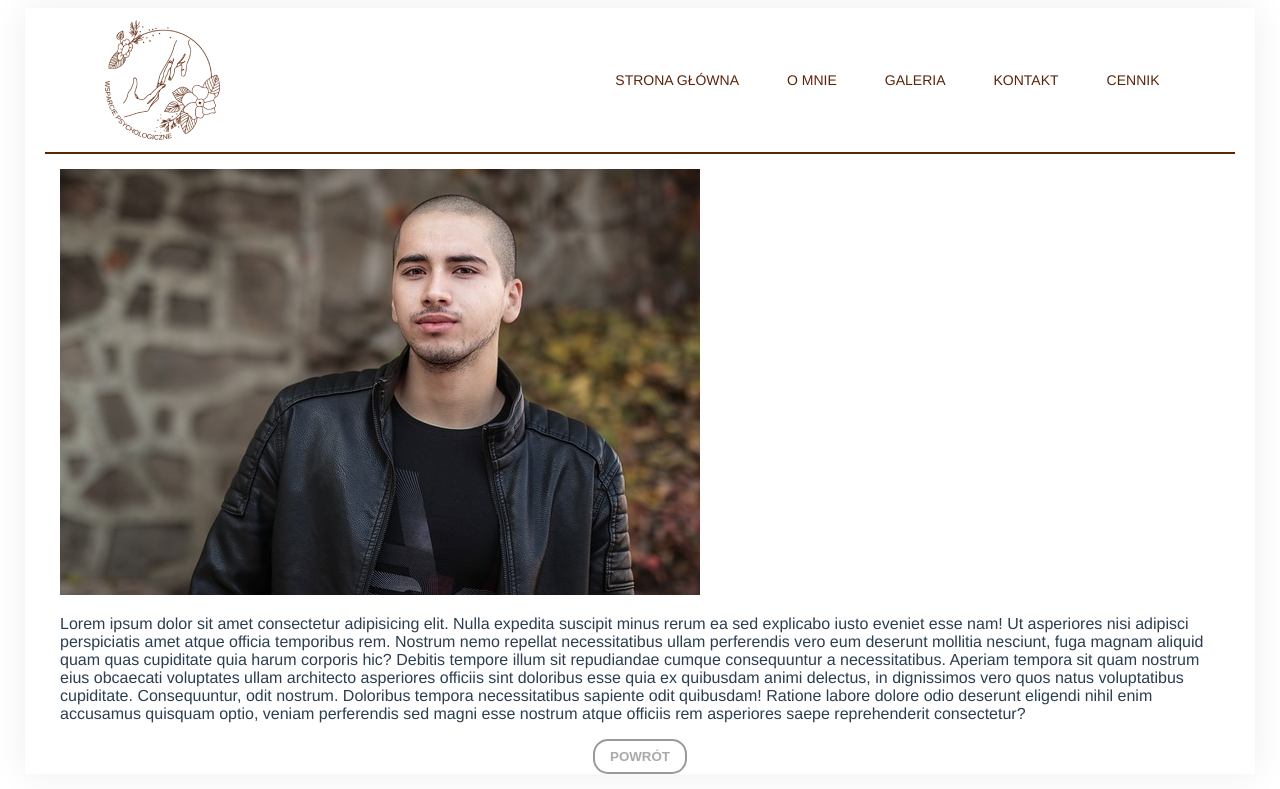
Repository: Kondzioor/szczepan-page
Page: /about
The author's editor kept a copy of each file at every save. The page is drawn from the files as they stood at one save, then again after the next save.
The browser window is 1280 px wide. The pictures show the whole page.
Some web libraries are served in a nearby version. The project was rebuilt for these pictures with package versions that can differ from the ones it lists, and the page was loaded fresh each time. Also part of the build but not shown: src/views/Home.vue.

Above is the page before, as saved 2022-04-12 14:35:50.

### public/index.html
<!DOCTYPE html>
<html lang="">
  <head>
    <meta charset="utf-8">
    <meta http-equiv="X-UA-Compatible" content="IE=edge">
    <meta name="viewport" content="width=device-width,initial-scale=1.0">
    <link rel="icon" href="<%= BASE_URL %>favicon.ico">
    <title><%= htmlWebpackPlugin.options.title %></title>
    <script src="https://kit.fontawesome.com/c0ecb9f799.js" crossorigin="anonymous"></script>
  </head>
  <body>
    <noscript>
      <strong>We're sorry but <%= htmlWebpackPlugin.options.title %> doesn't work properly without JavaScript enabled. Please enable it to continue.</strong>
    </noscript>
    <div id="app"></div>
    <!-- built files will be auto injected -->
  </body>
</html>

### src/App.vue
<template>
 <div class="app">
   <Navbar />
   <router-view></router-view>
 </div>
</template>
<script>
import Navbar from './components/Navbar.vue'
export default {
  components:{
    Navbar,
  }
}
</script>

<style lang="scss">
.app {
  font-family: Avenir, Helvetica, Arial, sans-serif;
  -webkit-font-smoothing: antialiased;
  -moz-osx-font-smoothing: grayscale;
  color: #2c3e50;
  width: 100%;
  box-sizing: border-box;
  max-width:  1230px;
  min-height: 100vh;
  margin: 0 auto;
  padding: 0 20px;
  box-shadow: 0 0 35px #eee ;
}
a{
  text-decoration: none;
}
ul li{
  list-style: none;
}
button{
  border: none;
  outline: none;
  background: transparent;
  cursor: pointer;
}
</style>

### src/router/index.js
import { createRouter, createWebHistory } from 'vue-router'
import Home from '../views/Home.vue'
import AboutUs from '../views/AboutUs.vue'

const routes = [
  {
    path: '/',
    name: 'Home',
    component: Home
  },
  {
    path: '/about',
    name: 'AboutUs',
    component: AboutUs
  }
]

const router = createRouter({
  history: createWebHistory(process.env.BASE_URL),
  routes
})

export default router

### src/components/Navbar.vue
<template>
    <div class="header">
        <nav>
            <div class="branding">
                <img class="logo" src="../assets/logo/logo.png" alt="">
            </div>
            <ul v-if="!mobile" class="navigation">
                <li ><a class="link" href="#" @click="homePush">Strona główna</a></li>
                <li ><a class="link" href="#" @click="aboutUsPush">O mnie</a></li>
                <li ><a class="link" href="#">Galeria</a></li>
                <li ><a class="link" href="#">Kontakt</a></li>
                <li ><a class="link" href="#">Cennik</a></li>
            </ul>

            <div class="icon">
                <i @click="toggleMobileNav" v-show="mobile" class="fas fa-bars" :class="{'icon-active': mobileNav}"></i>
            </div>
            <transition name="mobile-nav">
                <ul v-if="mobileNav" class="dropdown-nav">
                <li ><a class="link" href="#" @click="homePush">Strona główna</a></li>
                <li ><a class="link" href="#" @click="aboutUsPush">O mnie</a></li>
                <li ><a class="link" href="#">Galeria</a></li>
                <li ><a class="link" href="#">Kontakt</a></li>
                <li ><a class="link" href="#">Cennik</a></li>
                </ul>
            </transition>
        </nav>
    </div>
</template>
<script>
import { useRouter } from "vue-router";
export default {

    data(){
        return{
            router: useRouter(),
            mobile: null,
            mobileNav: null,
            windowWidth: null,
        }
    },
    computed:{

  },
  methods:{
    toggleMobileNav(){
        this.mobileNav = !this.mobileNav
    },
    homePush(){
        this.router.push('/')
    },
    aboutUsPush(){
      this.router.push('/about')
    },

    checkScreen(){
        this.windowWidth = window.innerWidth;
        if(this.windowWidth <= 920){
            this.mobile = true
            return
        }
        this.mobile = false;
        this.mobileNav = false;
        return
    },
  },
  created(){
      window.addEventListener('resize',this.checkScreen);
      this.checkScreen();
  },
}
</script>
<style scoped>
.header{
    max-width:  1230px;
    background-color: white;
    width: 100%;
    border-bottom: 2px solid #5b250a;
    position: relative;
    transition: 0.5s ease all;
    color: #5b250a;
}
.logo{
    cursor: pointer;
}
nav{
    display: flex;
    flex-direction: row;
    padding: 12px 0;
    transition: .5s ease all;
    width:90%;
    margin: 0 auto;
    align-items: center;
}
ul,
.link {
    font-weight: 500;
    color: #5b250a;
    list-style: none;
    text-decoration: none;
}
li{
    text-transform: uppercase;
    padding: 16px;
    margin-left: 16px;
}
.link{
    font-size: 14px;
    transition: .5s ease all;
    padding-bottom: 4px;
    border-bottom: 1px solid transparent;
}
.link:hover{
    color: rgb(81,167,38);
    border-color: rgb(81,167,38);

}
.branding{

    display: flex;
    align-items: center;

}
.branding img{
    width:100%;
    transition: .5s ease all;
}
.navigation{
    display:flex;
    align-items: center;
    flex:1;
    justify-content: flex-end;
}
.icon{
    display: flex;
    align-items: center;
    position: absolute;
    top:0;
    right: 24px;
    height: 100%;
    z-index: 100;
}
i{
    cursor: pointer;
    font-size: 24px;
    transition: .8s ease all;
    margin-right: 40px;
}
.icon-active{
    transform: rotate(180deg);
}
.dropdown-nav{
    display: flex;
    flex-direction: column;
    position: fixed;
    width: 100%;
    max-width: 250px;
    height: 100%;
    background-color: #fff;
    top: 0;
    left: 0;
    z-index: 99;
}
.dropdown-nav li{
    margin-left: 0;

}
.mobile-nav-enter-active,
.mobile-nav-leave-active{
    transition: 1s ease all;
}
.mobile-nav-enter-from,
.mobile-nav-leave-to{
    transform: translateX(-250px)
}
.mobile-nav-enter-to{
    transform: translateX(0)
}

@media (max-width: 420px){
  i{
      margin-right: 10px;
  }
}
@media (max-width: 500px){
  i{
      margin-right: 5px;
  }
}
</style>

### src/views/AboutUs.vue
<template>
<div class="container">
        <section>
            <img src="../assets/boy.jpg" alt="">
            <p class="text">Lorem ipsum dolor sit amet consectetur adipisicing elit. Nulla expedita suscipit minus rerum ea sed explicabo iusto eveniet esse nam! Ut asperiores nisi adipisci perspiciatis amet atque officia temporibus rem.
            Nostrum nemo repellat necessitatibus ullam perferendis vero eum deserunt mollitia nesciunt, fuga magnam aliquid quam quas cupiditate quia harum corporis hic? Debitis tempore illum sit repudiandae cumque consequuntur a necessitatibus.
            Aperiam tempora sit quam nostrum eius obcaecati voluptates ullam architecto asperiores officiis sint doloribus esse quia ex quibusdam animi delectus, in dignissimos vero quos natus voluptatibus cupiditate. Consequuntur, odit nostrum.
            Doloribus tempora necessitatibus sapiente odit quibusdam! Ratione labore dolore odio deserunt eligendi nihil enim accusamus quisquam optio, veniam perferendis sed magni esse nostrum atque officiis rem asperiores saepe reprehenderit consectetur?</p>
        </section>
        <button @click="homePush">Powrót</button>
    </div>
</template>
<script>
import { useRouter } from "vue-router";
export default {
    data(){
        return{
             router: useRouter(),
        }
    },
    methods:{
        homePush(){
            this.router.push('/')
        }
    }
}
</script>
<style scoped>

.container{
    display: flex;
    align-items: center;
    justify-content: center;
    border-radius: 50px;
    margin: 15px 15px;
    flex-direction: column;
}
button{
    border: 2px solid #999;
    color: #aaa;
    border-radius: 15px;
    padding: 8px 15px;
    text-transform: uppercase;
    font-weight: 600;

}
button:hover{
    color: rgb(81,167,38);
    border-color: rgb(81,167,38);
}
@media (max-width: 720px){
    .inner-container{
    padding: 80px 50px;
    }
}
@media (max-width: 500px){
    .inner-container{
    padding: 50px 20px;
    }
}
</style>

Loaded but not shown: src/main.js (common file); src/store/index.js (common file)

After the next save:
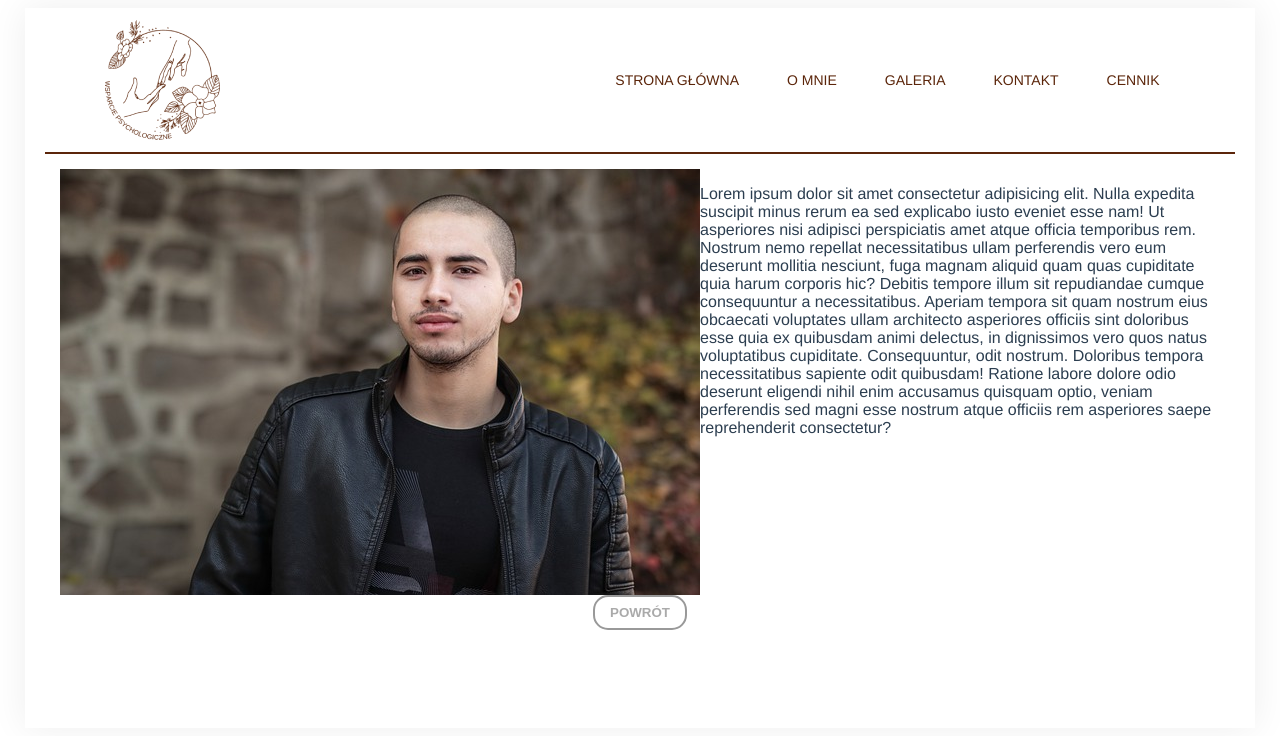
Saved 23 s later.
--- a/src/views/AboutUs.vue
+++ b/src/views/AboutUs.vue
@@ -35,6 +35,9 @@
     margin: 15px 15px;
     flex-direction: column;
 }
+section{
+    display: flex;
+}
 button{
     border: 2px solid #999;
     color: #aaa;
